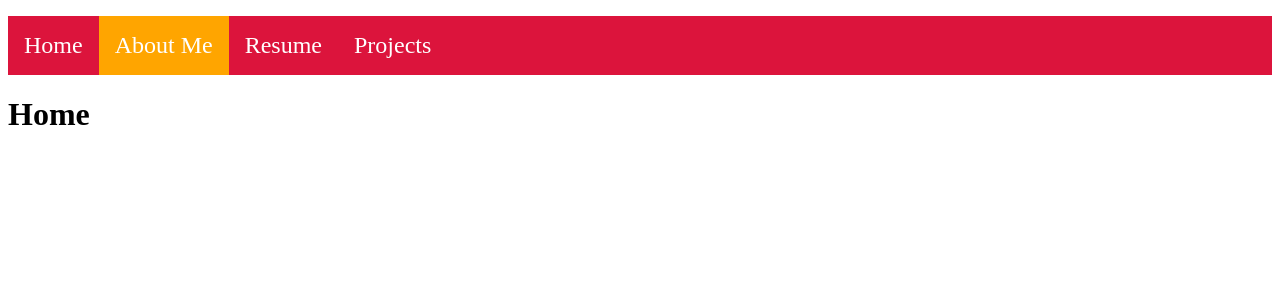
Repository: Zatarain10/Zatarain10.github.io
Page: aboutme.html
The author's editor kept a record of every edit. The page is drawn from the files as they stood at one moment, then again after the next edit.
The browser window is 1280 px wide. The pictures show the whole page.

Above is the page before.

### aboutme.html
<!DOCTYPE html>
<html>
    <head>
    <title>Home</title>
    <link rel="stylesheet" type="text/css" href="style.css">

    </head>
    <body>
        <ul class="navbar">
            <li><a href="/index.html">Home</a></li>
            <li class="active"><a href="aboutme.html">About Me</a></li>
            <li><a href="resume.html">Resume</a></li>
            <li class="dropdown">
                <div>Projects</div>
                <ul class="dropdown-content">
                    <li><a href="project1.html">Project 1</a></li>
                    <li><a href="project2.html">Project 2</a></li>
                    <li><a href="project3.html">Project 3</a></li>
                </ul>
            </li>
        </ul>

        <h1>Home</h1>

    </body>
</html>

### style.css
        .navbar{
            list-style:none;
            background-color: Crimson;
            overflow:hidden;
            padding:0;
        }

        .navbar a, .dropdown div{
            text-decoration:none;
            color: white;
            font-size: 24px;
            padding: 16px;
            display:inline-block;
        }

        .navbar li{
            float:left;
        }

        .navbar li:hover{
            background-color:Cyan;
        }

        .dropdown-content{
            list-style:none;
            padding: 0;
            display:none;
            position:absolute;
            z-index:1;
            background-color: Crimson;
        }

        .dropdown-content li{
            float:none;
        }

        .dropdown:hover .dropdown-content{
            display:block;
        }

        .active{
            background-color:orange;
        }

After the next edit:
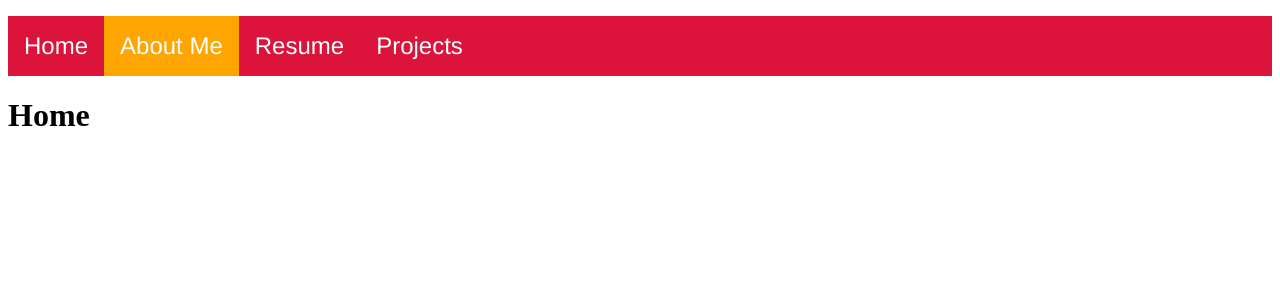
The edit:
--- a/style.css
+++ b/style.css
@@ -7,6 +7,7 @@
 
         .navbar a, .dropdown div{
             text-decoration:none;
+            font-family: Helvetica;
             color: white;
             font-size: 24px;
             padding: 16px;

After the edit that followed:
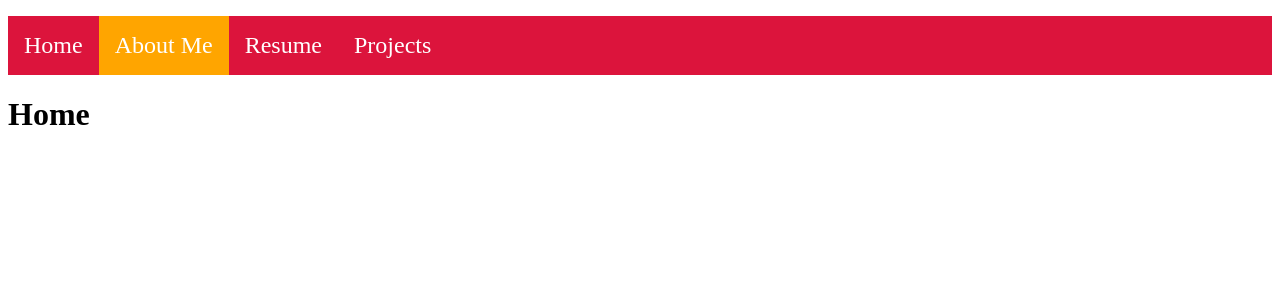
The edit:
--- a/style.css
+++ b/style.css
@@ -7,7 +7,6 @@
 
         .navbar a, .dropdown div{
             text-decoration:none;
-            font-family: Helvetica;
             color: white;
             font-size: 24px;
             padding: 16px;
